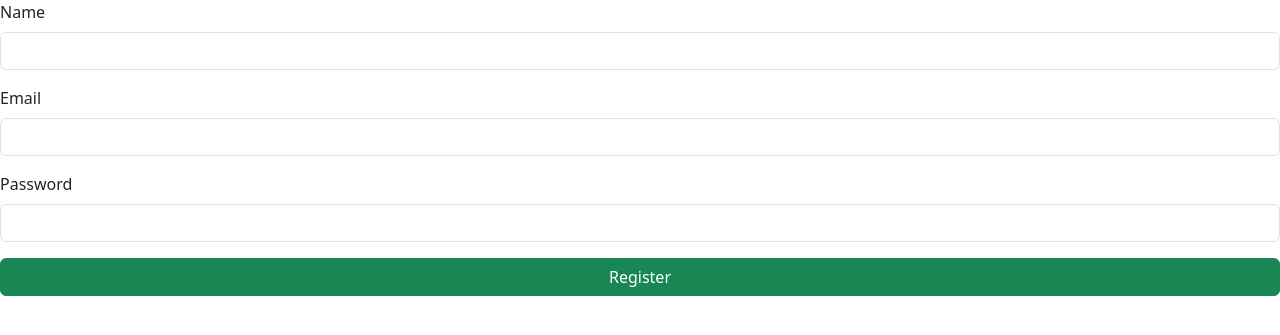
Repository: SHINEweb546/Placement-Portal-App
Page: http://localhost/register
An editor plug-in stored every save of this project. The page is shown before and after the next save, followed by the edit.
The browser window is 1280 px wide. The pictures show the whole page.
The page is served by the project's application, run on Flask 3 (app.py).

Above is the page before, as saved 2026-02-28 13:14:44.

After the next save:
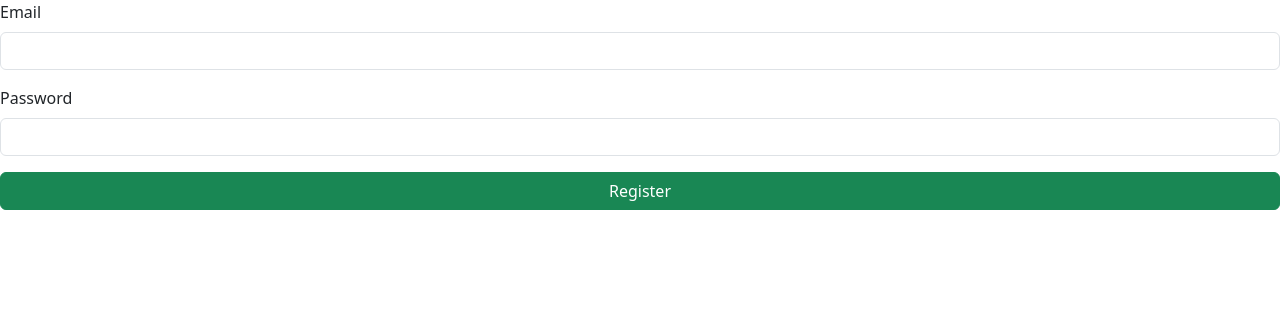
Saved 2 min 49 s later.
--- a/templates/register.html
+++ b/templates/register.html
@@ -10,14 +10,7 @@
 <body>
    <form method="POST" action="/register">
 
-  <div class="mb-3">
-    <label class="form-label">Name</label>
-    <input
-      type="text"
-      name="name"
-      class="form-control"
-      required>
-  </div>
+
 
   <div class="mb-3">
     <label class="form-label">Email</label>
